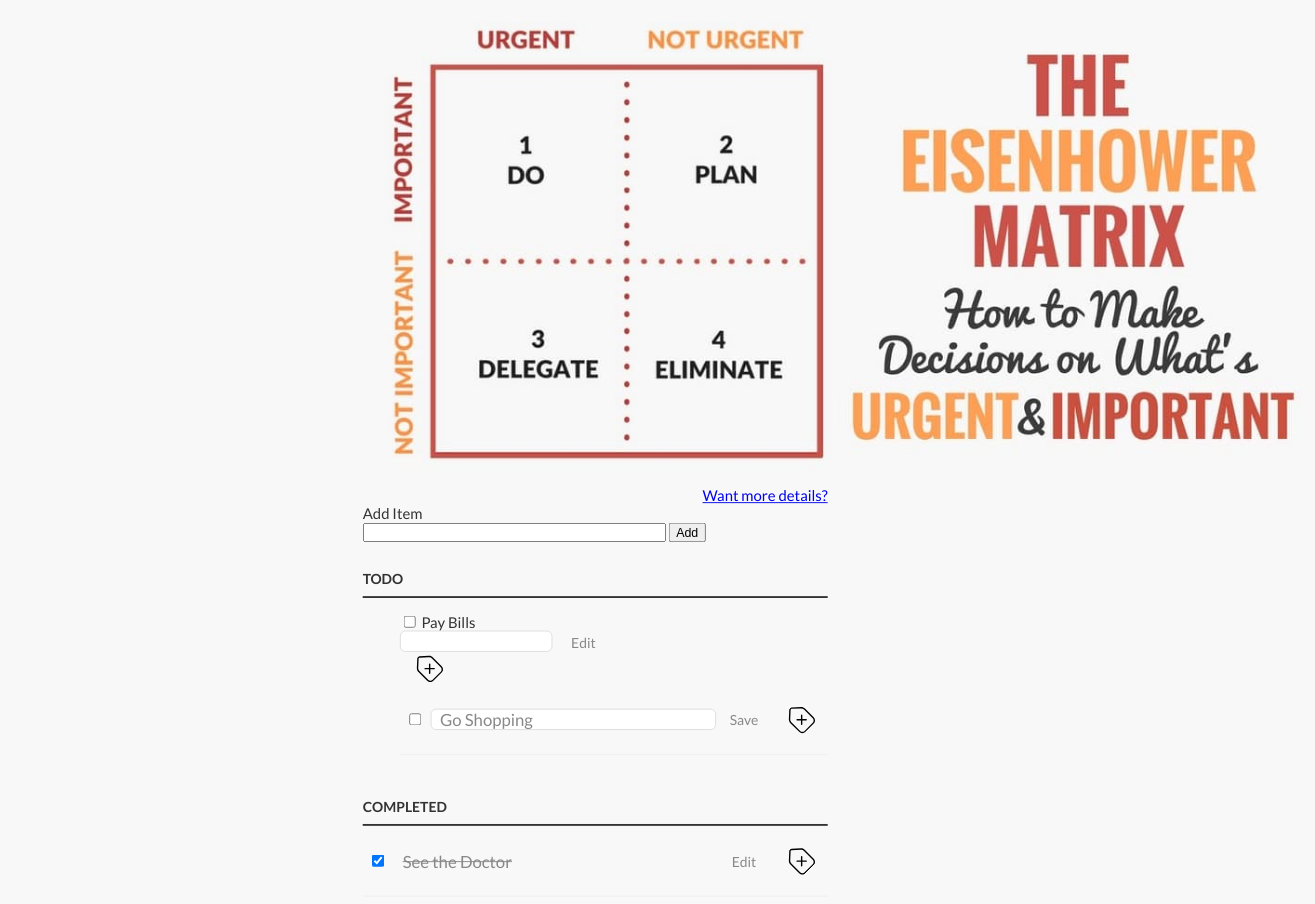
Repository: dev1siWoo/clean-code-s1e1
Page: index.html
These files come from the project's save history. The page is drawn as it stood at one moment and after a run of saves; the edit follows.
The browser window is 1280 px wide. The page is 1414 px wide, so the pictures cover 1414 px, including what lies to the right of the window. The pictures show the whole page, at 93% of full size.

Above is the page before, as saved 2024-01-08 23:15:29.
Console error: TypeError: Cannot set properties of null (setting 'onclick')

After the next 2 saves:
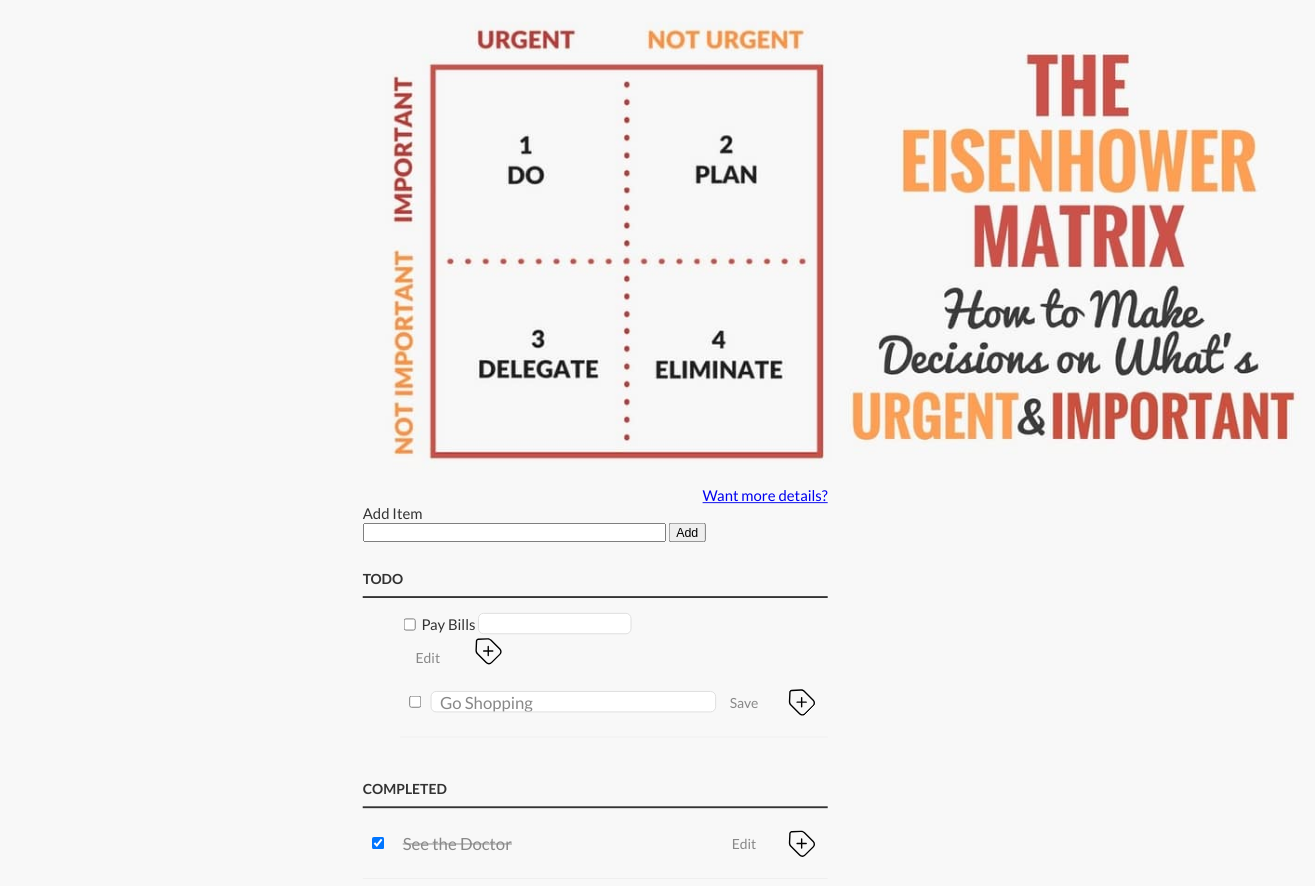
The 2 saves are shown as one change because they came seconds apart.
The last was saved 6 s later.
--- a/index.html
+++ b/index.html
@@ -30,7 +30,7 @@
             <ul id="incomplete-tasks" class="task-list">
                 <li class="task">
                     <input class="task_mark" type="checkbox">
-                    <label class="label task">Pay Bills</label>
+                    <label class="task_title">Pay Bills</label>
                     <input type="text" class="input task">
                     <button class="button edit">Edit</button>
                     <button class="button delete">
